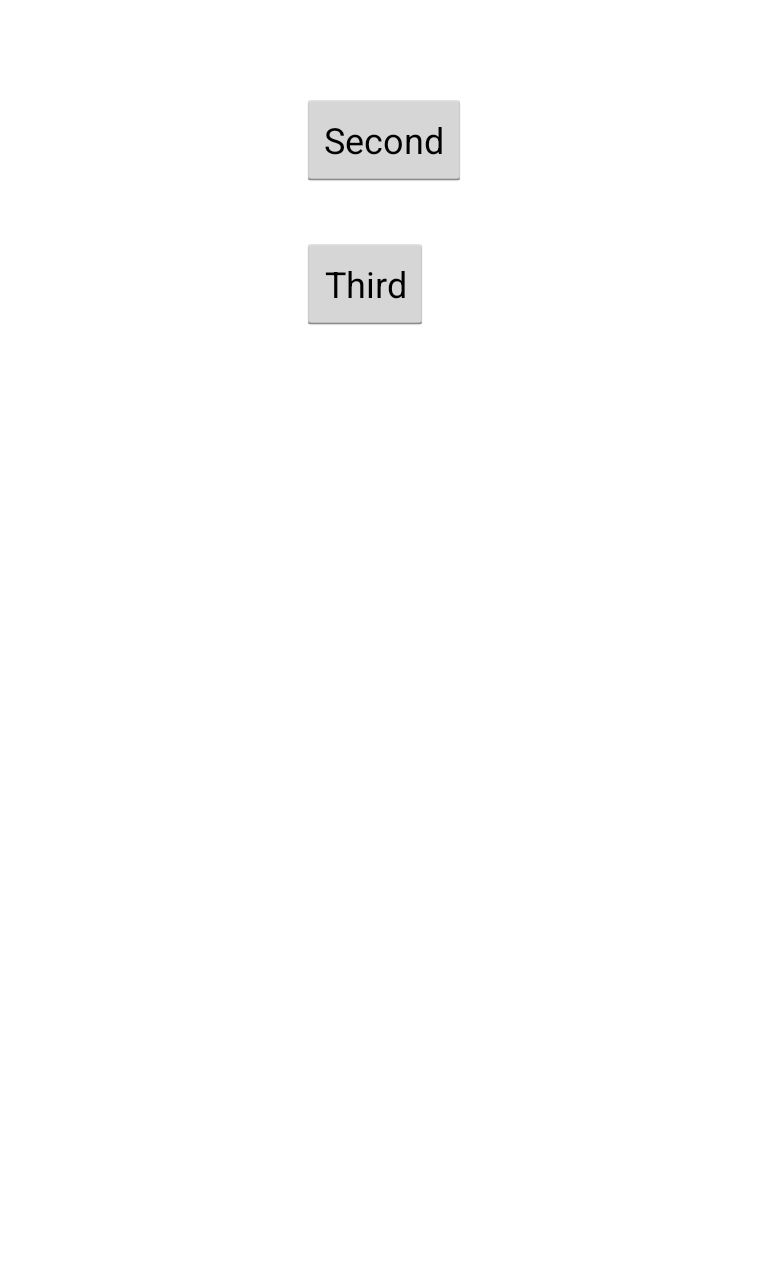
Repository: xunxian/Java-Web
Layout: AndroidTemplate/res/layout/main_layout.xml
An editor plug-in stored every save of this project. The layout is shown before and after the next save, followed by the edit.
It is drawn on a 768 x 1280 px phone screen (xhdpi) without system bars, with theme AppTheme; the app's code is not run.

Above is the layout before, as saved 2016-02-27 06:53:53.

### AndroidTemplate/res/layout/main_layout.xml
<RelativeLayout xmlns:android="http://schemas.android.com/apk/res/android"
    xmlns:tools="http://schemas.android.com/tools"
    android:layout_width="match_parent"
    android:layout_height="match_parent"
    android:paddingBottom="@dimen/activity_vertical_margin"
    android:paddingLeft="@dimen/activity_horizontal_margin"
    android:paddingRight="@dimen/activity_horizontal_margin"
    android:paddingTop="@dimen/activity_vertical_margin"
    tools:context=".MainLayoutActivity" >

    <Button
        android:id="@+id/button_second"
        android:layout_width="wrap_content"
        android:layout_height="wrap_content"
        android:layout_alignParentTop="true"
        android:layout_centerHorizontal="true"
        android:layout_marginTop="30dp"
        android:text="Second" />

    <Button
        android:id="@+id/button_third"
        android:layout_width="wrap_content"
        android:layout_height="wrap_content"
        android:layout_alignLeft="@+id/button_second"
        android:layout_below="@+id/button_second"
        android:layout_marginTop="24dp"
        android:text="Third" />

</RelativeLayout>

Loaded but not shown: AndroidTemplate/res/values/styles.xml (common file); AndroidTemplate/res/values-v11/styles.xml (common file); AndroidTemplate/res/values-v14/styles.xml (common file); AndroidTemplate/res/values/dimens.xml (common file)

After the next save:
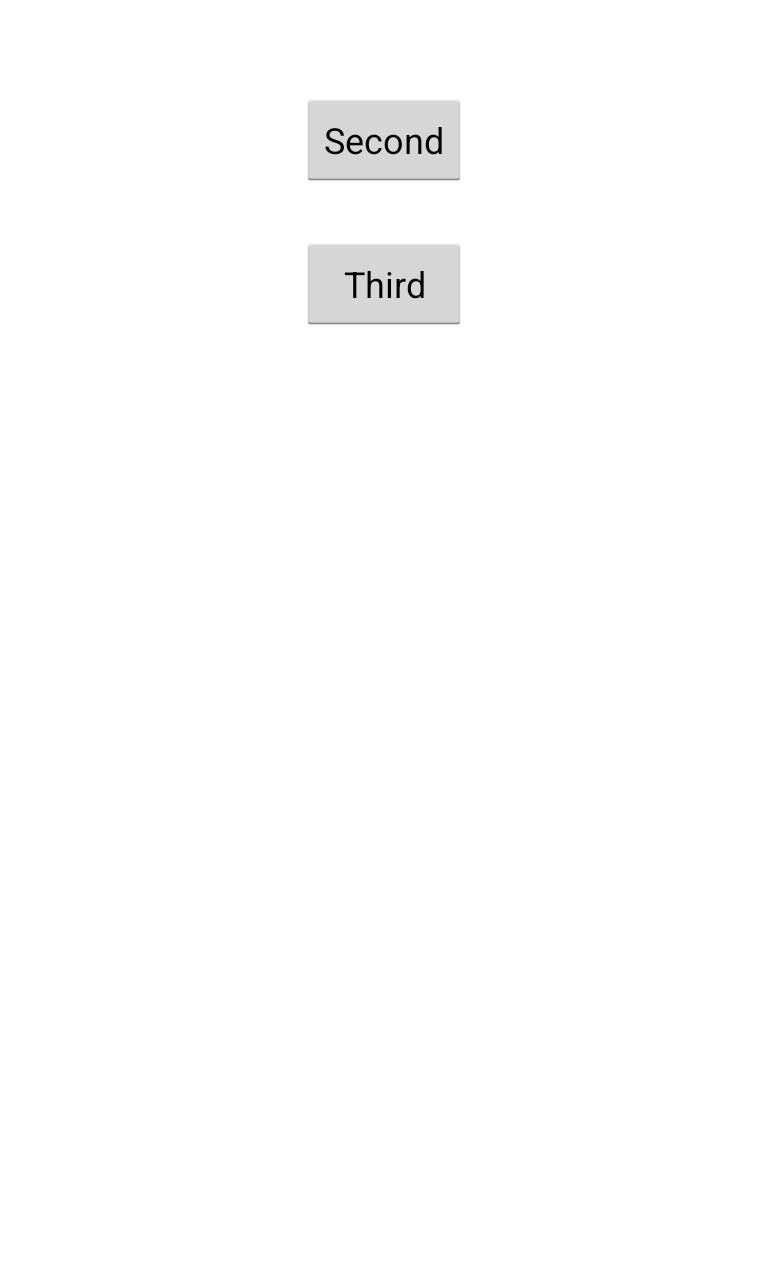
Saved 12 s later.
--- a/AndroidTemplate/res/layout/main_layout.xml
+++ b/AndroidTemplate/res/layout/main_layout.xml
@@ -22,6 +22,7 @@
         android:layout_width="wrap_content"
         android:layout_height="wrap_content"
         android:layout_alignLeft="@+id/button_second"
+        android:layout_alignRight="@+id/button_second"
         android:layout_below="@+id/button_second"
         android:layout_marginTop="24dp"
         android:text="Third" />
